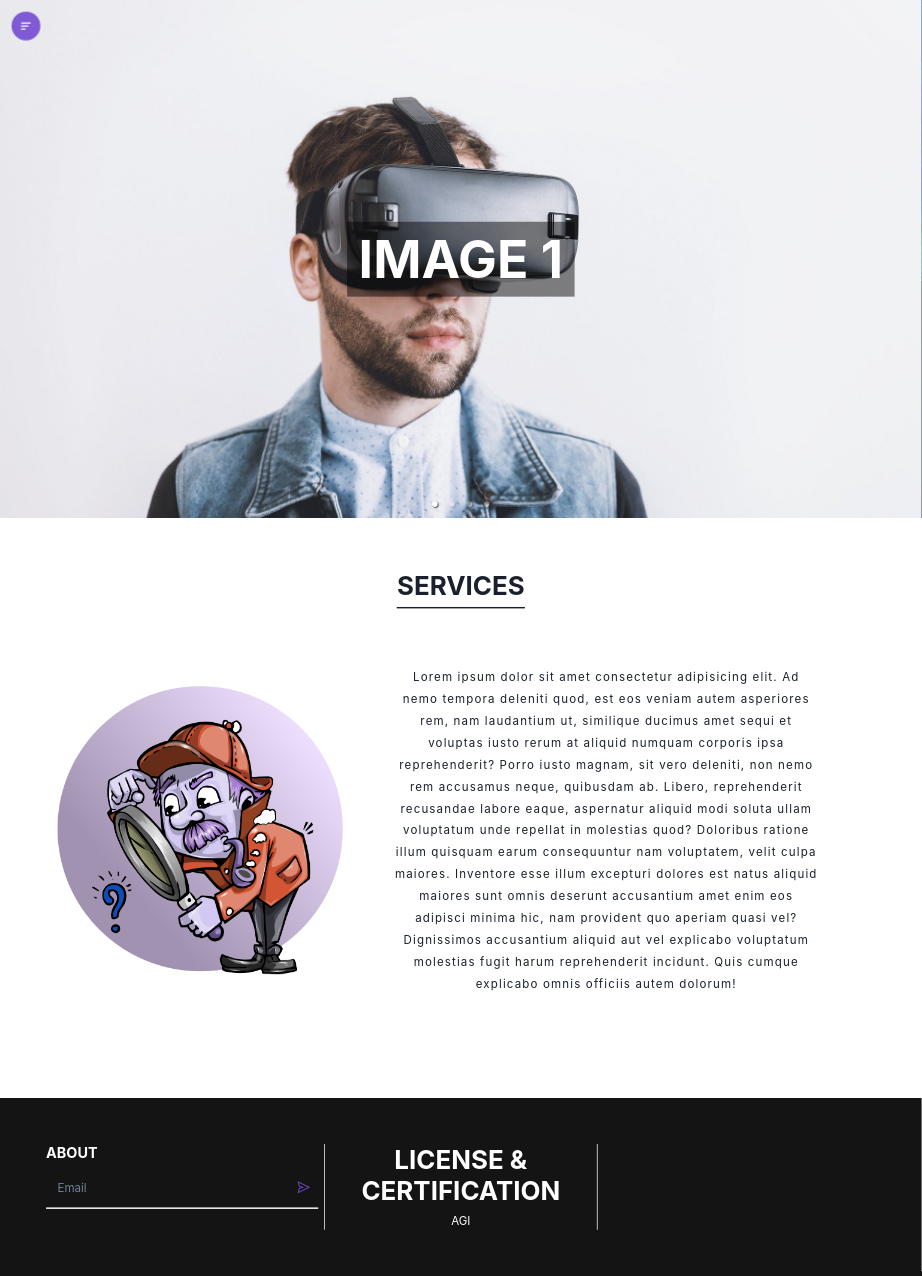
Repository: aman0801/React_JS_Project_2
Page: /
An editor plug-in stored every save of this project. The page is shown before and after the next save, followed by the edit.
The browser window is 1280 px wide. The pictures show the whole page, at 72% of full size.
The project was rebuilt for these pictures with package versions that can differ from the ones it lists, and the page was loaded fresh each time.

Above is the page before, as saved 2023-02-01 20:28:52.

### src/index.js
import { ColorModeScript, ChakraProvider, theme } from '@chakra-ui/react';
import React, { StrictMode } from 'react';
import * as ReactDOM from 'react-dom/client';
import App from './App';
import ColorModeSwitcher from './ColorModeSwitcher';

const container = document.getElementById('root');
const root = ReactDOM.createRoot(container);

root.render(
  <StrictMode>
    <ColorModeScript />
    <ChakraProvider theme = {theme}>
      <ColorModeSwitcher />
    <App />
    </ChakraProvider>
  </StrictMode>
);

### src/App.jsx
import { BrowserRouter as Router, Route, Routes } from 'react-router-dom';
import Header from './components/Header';
import Home from './components/Home';
import Footer from './components/Footer';
function App() {
  return (
  <Router>
    <Header />
    <Routes>
      <Route path='/'element={<Home />} />
    </Routes>
    <Footer />
  </Router>
  );
}

export default App;

### src/ColorModeSwitcher.js
import React from 'react';
import { useColorMode, useColorModeValue, IconButton } from '@chakra-ui/react';
import { FaMoon, FaSun } from 'react-icons/fa';

 const ColorModeSwitcher = props => {
  const { toggleColorMode } = useColorMode();
  // const text = useColorModeValue('dark', 'light');
  const SwitchIcon = useColorModeValue(FaMoon, FaSun);

  return (
    <IconButton

      variant="ghost"
      color="current"
      pos={'fixed'}
      top={'4'}
      right={'4'}
      onClick={toggleColorMode}
      icon={<SwitchIcon />}
      {...props}
    />
  );
};
export default ColorModeSwitcher;

### src/components/Header.jsx
import React from 'react';
import {
  Drawer,
  DrawerBody,
  DrawerHeader,
  DrawerOverlay,
  DrawerContent,
  DrawerCloseButton,
  Button,
  useDisclosure,
  VStack,
  HStack,
} from '@chakra-ui/react';
import { Link } from 'react-router-dom';
import { BiMenuAltLeft } from 'react-icons/bi';

const Header = () => {
  const { isOpen, onOpen, onClose } = useDisclosure();

  return (
    <>
      <Button
        zIndex={'overlay'}
        pos={'fixed'}
        top={'4'}
        left={'4'}
        colorScheme="purple"
        p={'0'}
        w={'10'}
        h={'10'}
        borderRadius={'full'}
        onClick={onOpen}
      >
        <BiMenuAltLeft size={'20'} />
      </Button>

      <Drawer isOpen={isOpen} placement="left" onClose={onClose}>
        <DrawerOverlay />

        <DrawerContent>
          <DrawerCloseButton />
          <DrawerHeader>VIDEO HUB</DrawerHeader>
          <DrawerBody>
            <VStack alignItems={'flex-start'}>
              <Button
                onClick={onClose}
                variant={'ghost'}
                colorScheme={'purple'}
              >
                <Link to={'/'}>Home</Link>
              </Button>

              <Button
                onClick={onClose}
                variant={'ghost'}
                colorScheme={'purple'}
              >
                <Link to={'/videos'}>Videos</Link>
              </Button>

              <Button
                onClick={onClose}
                variant={'ghost'}
                colorScheme={'purple'}
              >
                <Link to={'/videos?category=free'}>Free Videos</Link>
              </Button>

              <Button
                onClick={onClose}
                variant={'ghost'}
                colorScheme={'purple'}
              >
                <Link to={'/upload'}>Upload Video</Link>
              </Button>
            </VStack>

            <HStack
              pos={'absolute'}
              bottom={'10'}
              left={'0'}
              w={'full'}
              justifyContent={'space-evenly'}
            >
              <Button onClick={onClose} colorScheme={'purple'}>
                <Link to={'/login'}>Log In</Link>
              </Button>
              <Button
                onClick={onClose}
                colorScheme={'purple'}
                variant={'outline'}
              >
                <Link to={'/signup'}>Sign Up</Link>
              </Button>
            </HStack>
          </DrawerBody>
        </DrawerContent>
      </Drawer>
    </>
  );
};

export default Header;

### src/components/Home.jsx
import { Box, Container, Heading, Image, Stack, Text } from '@chakra-ui/react';
import React from 'react';
import { Carousel } from 'react-responsive-carousel';
import 'react-responsive-carousel/lib/styles/carousel.min.css';
import img1 from '../assets/1.jpg';
import img2 from '../assets/2.jpg';
import img3 from '../assets/3.jpg';
import img4 from '../assets/4.jpg';
import img5 from '../assets/5.png';

const headingOptions = {
  pos: 'absolute',
  left: '50%',
  top: '50%',
  transform: 'translate(-50%,-50%)',
  textTransform: 'uppercase',
  p: '4',
  size: '4xl',
};

const Home = () => {
  return (
    <Box>
      <MyCarousel />

      <Container maxW={'container.xl'} minH={'100vh'} p="16">
        <Heading
          textTransform={'uppercase'}
          py="2"
          w={'fit-content'}
          borderBottom={'2px solid'}
          m="auto"
        >
          Services
        </Heading>

        <Stack
          h="full"
          p={'4'}
          alignItems={'center'}
          direction={['column', 'row']}
        >
          <Image src={img5} h={['40', '400']} filter={'hue-rotate(-130deg)'} />

          <Text
            letterSpacing={'widest'}
            lineHeight={'190%'}
            p={['4', '16']}
            textAlign={'center'}
          >
            Lorem ipsum dolor sit amet consectetur adipisicing elit. Ad nemo
            tempora deleniti quod, est eos veniam autem asperiores rem, nam
            laudantium ut, similique ducimus amet sequi et voluptas iusto rerum
            at aliquid numquam corporis ipsa reprehenderit? Porro iusto magnam,
            sit vero deleniti, non nemo rem accusamus neque, quibusdam ab.
            Libero, reprehenderit recusandae labore eaque, aspernatur aliquid
            modi soluta ullam voluptatum unde repellat in molestias quod?
            Doloribus ratione illum quisquam earum consequuntur nam voluptatem,
            velit culpa maiores. Inventore esse illum excepturi dolores est
            natus aliquid maiores sunt omnis deserunt accusantium amet enim eos
            adipisci minima hic, nam provident quo aperiam quasi vel?
            Dignissimos accusantium aliquid aut vel explicabo voluptatum
            molestias fugit harum reprehenderit incidunt. Quis cumque explicabo
            omnis officiis autem dolorum!
          </Text>
        </Stack>
      </Container>
    </Box>
  );
};

const MyCarousel = () => (
  <Carousel
    autoPlay
    infiniteLoop
    interval={1000}
    showStatus={false}
    showThumbs={false}
    showArrows={false}
  >
    <Box w="full" h={'100vh'}>
      <Image src={img1} h="full" w={'full'} objectFit={'cover'} />
      <Heading bgColor={'blackAlpha.600'} color={'white'} {...headingOptions}>
        Image 1
      </Heading>
    </Box>
    <Box w="full" h={'100vh'}>
      <Image src={img2} h="full" w={'full'} objectFit={'cover'} />
      <Heading bgColor={'whiteAlpha.900'} color={'black'} {...headingOptions}>
        Image 2
      </Heading>
    </Box>

    <Box w="full" h={'100vh'}>
      <Image src={img3} h="full" w={'full'} objectFit={'cover'} />
      <Heading bgColor={'whiteAlpha.600'} color={'black'} {...headingOptions}>
        Image 3
      </Heading>
    </Box>

    <Box w="full" h={'100vh'}>
      <Image src={img4} h="full" w={'full'} objectFit={'cover'} />
      <Heading bgColor={'whiteAlpha.600'} color={'black'} {...headingOptions}>
        Image 4
      </Heading>
    </Box>
  </Carousel>
);

export default Home;

### src/components/Footer.jsx
import React from 'react'
import { Box, Button, Heading, HStack, Input, Stack, VStack } from '@chakra-ui/react'
import { AiOutlineSend } from 'react-icons/ai'
import { Text } from '@chakra-ui/layout'
const Footer = () => {
  return (
    <Box bgColor={'blackAlpha.900'} minH={'40'} p="16" color={'white'}>
        <Stack direction={['column', 'row']}>
            <VStack alignItems={'stretch'} w={"full"}>
                <Heading size="md" textTransform={'uppercase'}>
                    About
                </Heading>
                <HStack borderBottom={'2px solid white'} py="2">
                    <Input placeholder="Email"
                    border={'none'}
                    borderRadius="none"
                    outline={'none'}
                    focusBorderColor={'none'}
                    />
                    <Button
                    p={'0'}
                    colorScheme={'purple'}
                    variant={'ghost'}
                    borderRadius={'0 20px 20px 0'}
                    >
                        <AiOutlineSend size = {20} />
                    </Button>
                </HStack>
            </VStack>
            <VStack w={"full"}
            borderLeft={['none', '1px solid white']}
            borderRight={['none', '1px solid white']}>
                <Heading textTransform={'uppercase'} textAlign={'center'}>
                    License & Certification
                </Heading>
                <Text>AGI</Text>
            </VStack>
            <VStack w={'full'}></VStack>
        </Stack>
    </Box>
  );
};

export default Footer

Loaded but not shown: public/index.html (common file)

After the next save:
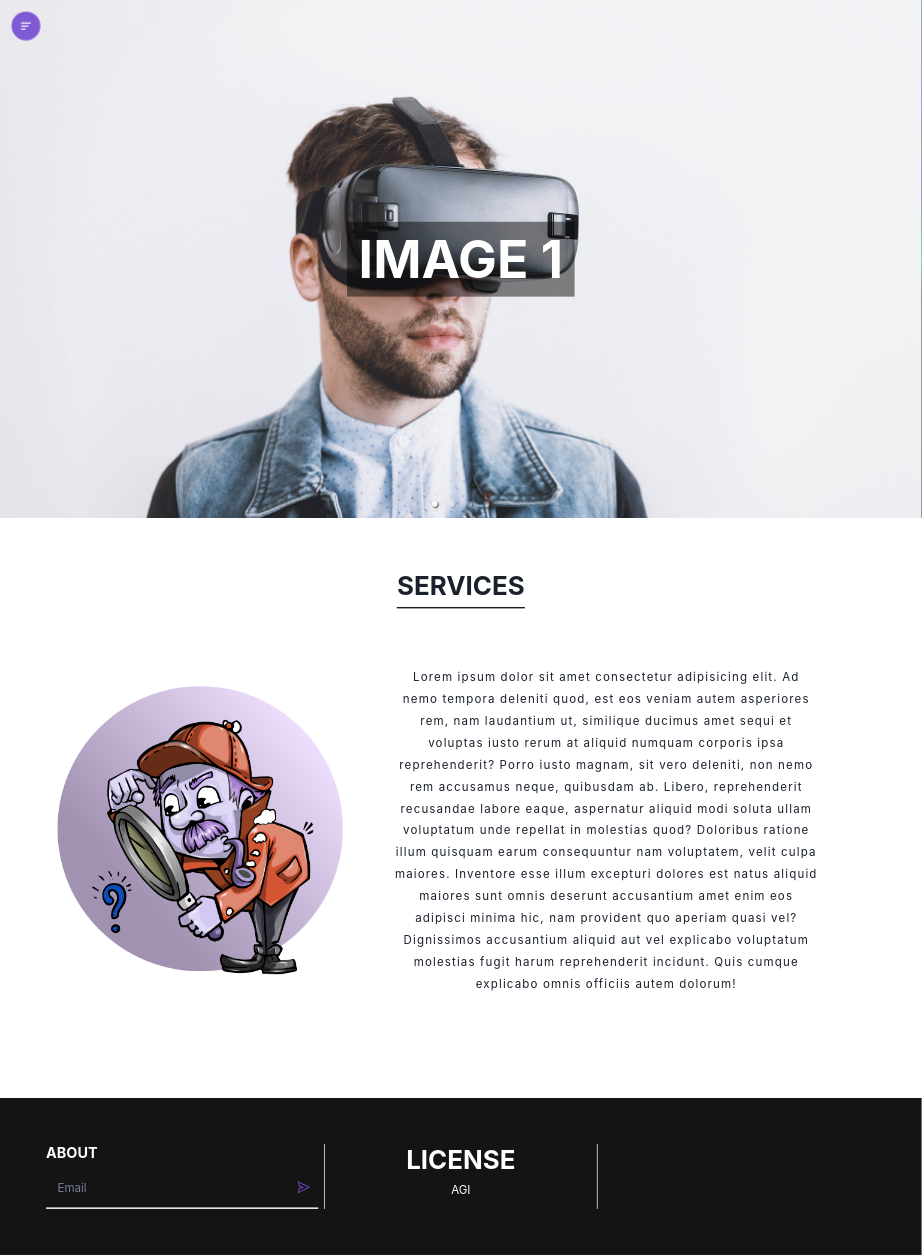
Saved 14 s later.
--- a/src/components/Footer.jsx
+++ b/src/components/Footer.jsx
@@ -31,7 +31,7 @@ const Footer = () => {
             borderLeft={['none', '1px solid white']}
             borderRight={['none', '1px solid white']}>
                 <Heading textTransform={'uppercase'} textAlign={'center'}>
-                    License & Certification
+                    License
                 </Heading>
                 <Text>AGI</Text>
             </VStack>
